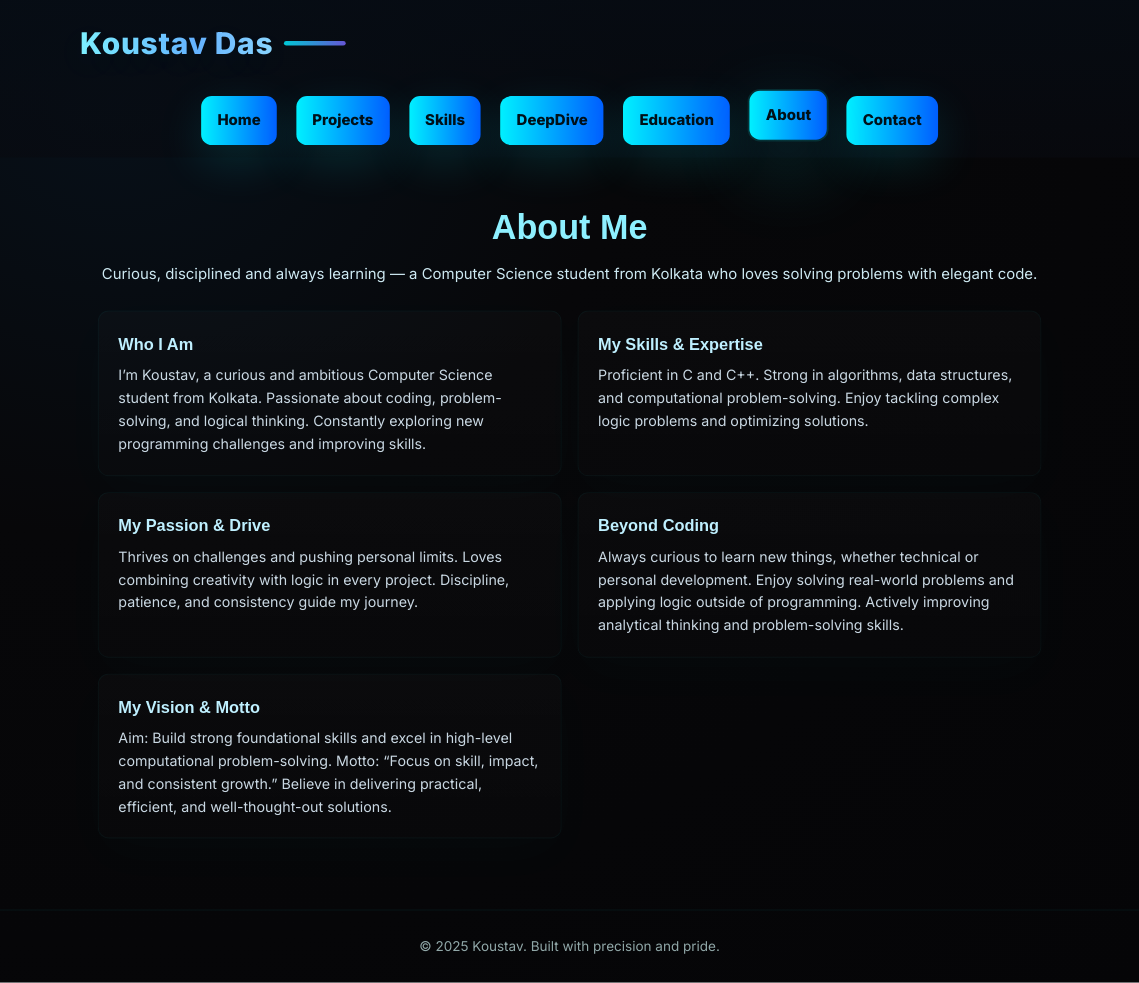
Repository: Koustav669/PORTFOLIO
Page: about.html
An editor plug-in stored every save of this project. The page is shown before and after the next save, followed by the edit.
The browser window is 1280 px wide. The pictures show the whole page, at 89% of full size.
Some web fonts or font styles are not loaded; a fallback is used.

Above is the page before, as saved 2025-10-15 00:08:53.

### about.html
<!doctype html>
<html lang="en">
<head>
  <meta charset="utf-8">
  <meta name="viewport" content="width=device-width,initial-scale=1">
  <title>About — Dev (Kolkata)</title>
  <link href="https://fonts.googleapis.com/css2?family=Inter:wght@300;400;600;800&family=Orbitron:wght@400;700&family=Poppins:wght@400;600;700&family=Rajdhani:wght@400;600;700&display=swap" rel="stylesheet">
  <link rel="stylesheet" href="style.css">
</head>
<body>
    <header class="site-header">
    <div class="header-inner header-brand">
      <div class="brand-left">
        <span class="brand-name">Koustav Das</span>
        <span class="brand-accent" aria-hidden="true"></span>
      </div>
    </div>
    <!-- site menu (reused from portfolio) -->
    <nav class="hero-nav" aria-label="Main navigation">
      <ul>
        <li><a href="portfolio.html">Home</a></li>
        <li><a href="PROJECTS.html">Projects</a></li>
        <li><a href="SKILLS.html">Skills</a></li>
        <li><a href="DEEPDIVES.html">DeepDive</a></li>
        <li><a href="EDUCATION.html">Education</a></li>
        <li><a href="ABOUT.html">About</a></li>
        <li><a href="CONTACT.html">Contact</a></li>
      </ul>
    </nav>
  </header>

  <main class="about-page">
    <section class="about-hero">
      <h1 class="about-title">About Me</h1>
      <p class="about-lead">Curious, disciplined and always learning — a Computer Science student from Kolkata who loves solving problems with elegant code.</p>
    </section>

    <section class="about-grid">
      <article class="about-card" data-index="1">
        <h2>Who I Am</h2>
        <p>I’m Koustav, a curious and ambitious Computer Science student from Kolkata. Passionate about coding, problem-solving, and logical thinking. Constantly exploring new programming challenges and improving skills.</p>
      </article>

      <article class="about-card" data-index="2">
        <h2>My Skills &amp; Expertise</h2>
        <p>Proficient in C and C++. Strong in algorithms, data structures, and computational problem-solving. Enjoy tackling complex logic problems and optimizing solutions.</p>
      </article>

      <article class="about-card" data-index="3">
        <h2>My Passion &amp; Drive</h2>
        <p>Thrives on challenges and pushing personal limits. Loves combining creativity with logic in every project. Discipline, patience, and consistency guide my journey.</p>
      </article>

      <article class="about-card" data-index="4">
        <h2>Beyond Coding</h2>
        <p>Always curious to learn new things, whether technical or personal development. Enjoy solving real-world problems and applying logic outside of programming. Actively improving analytical thinking and problem-solving skills.</p>
      </article>

      <article class="about-card" data-index="5">
        <h2>My Vision &amp; Motto</h2>
        <p>Aim: Build strong foundational skills and excel in high-level computational problem-solving. Motto: “Focus on skill, impact, and consistent growth.” Believe in delivering practical, efficient, and well-thought-out solutions.</p>
      </article>
    </section>

  </main>

  <footer>
    <p>© 2025 Koustav. Built with precision and pride.</p>
  </footer>

  <script>
  // small reveal animation for cards when visible
  (function(){
    const cards = document.querySelectorAll('.about-card');
    const io = new IntersectionObserver((entries)=>{
      entries.forEach(e=>{
        if (e.isIntersecting) { e.target.classList.add('in'); }
      });
    }, { threshold: 0.18 });
    cards.forEach(c=>io.observe(c));
  })();
  </script>
  <script src="nav-active.js"></script>
</body>
</html>

### style.css
/* Reset and base styles */
* { margin: 0; padding: 0; box-sizing: border-box; }

body {
  font-family: 'Inter', 'Segoe UI', system-ui, Arial, sans-serif;
  background: radial-gradient(ellipse at 10% 10%, #071019 0%, #070709 35%, #050507 100%);
  color: #dfeffb;
  line-height: 1.6;
  -webkit-font-smoothing: antialiased;
}

/* Header */
.site-header {
  background: linear-gradient(180deg, rgba(6,12,20,0.8), rgba(8,10,16,0.65));
  min-height: 130px;
  display: flex;
  flex-direction: column; /* stack header content and nav */
  align-items: center;
  gap: 10px;
  padding: 22px 24px 14px 24px; /* extra bottom padding to avoid overlap */
  /* removed bottom border to blend with manifesto */
}
.header-inner { width: 100%; max-width: 1100px; margin: 0 auto; display: flex; align-items: center; justify-content: space-between; }
.brand-logo { height: 64px; width: auto; filter: drop-shadow(0 6px 14px rgba(0,255,255,0.08)); }

/* Header brand text */
.header-brand { display: flex; align-items: center; justify-content: space-between; width: 100%; }
.brand-left, .brand-right { display: flex; align-items: center; gap: 12px; }
.brand-name {
  font-family: 'Orbitron', 'Inter', sans-serif;
  font-weight: 900;
  font-size: 2.1rem; /* increased size */
  color: #dffcff;
  background: linear-gradient(90deg, #7ef0ff, #66b3ff 60%, #8bd6ff);
  -webkit-background-clip: text;
  background-clip: text;
  color: transparent;
  text-shadow: 0 10px 40px rgba(30,200,255,0.08);
  letter-spacing: 0.8px;
}
.brand-accent { width: 64px; height: 5px; background: linear-gradient(90deg,#00f0ff,#7a66ff); border-radius: 6px; box-shadow: 0 14px 40px rgba(0,160,255,0.08); transform-origin: left center; animation: accentPulse 3s infinite; }
.role-viewport { display: none; }

#role-text { display: inline-block; font-family: 'Poppins', sans-serif; font-weight: 800; font-size: 1.6rem; color: #9be7ff; letter-spacing: 0.6px; vertical-align: middle; min-width: 110px; text-align: right; }
#role-cursor { display: inline-block; margin-left: 10px; color: #9be7ff; font-weight: 900; font-size: 1.6rem; opacity: 0.95; text-shadow: 0 8px 28px rgba(0,180,255,0.14); animation: blink 1s steps(2,end) infinite; }

@keyframes accentPulse {
  0%,100% { transform: scaleX(1); opacity: 0.92; }
  50% { transform: scaleX(1.2); opacity: 0.7; }
}

/* Animated role viewport */
.role-viewport { display: inline-block; position: relative; width: 96px; height: 28px; overflow: hidden; vertical-align: middle; }
.role { position: absolute; left: 0; top: 0; width: 100%; text-align: right; font-family: 'Poppins', sans-serif; font-weight: 700; font-size: 1.05rem; }
.role-1 { color: #9be7ff; transform: translateY(0); opacity: 1; animation: roleCycle 4s linear infinite 0s; }
.role-2 { color: #ffd1ff; transform: translateY(100%); opacity: 0; animation: roleCycle 4s linear infinite 0s; }
.role-cursor { display: inline-block; margin-left: 8px; color: #9be7ff; font-weight: 900; opacity: 0.95; animation: blink 1s steps(2,end) infinite; }

@keyframes roleFade {
  0% { opacity: 0; transform: translateY(6px); }
  10% { opacity: 1; transform: translateY(0); }
  45% { opacity: 1; transform: translateY(0); }
  55% { opacity: 0; transform: translateY(-6px); }
  100% { opacity: 0; transform: translateY(-6px); }
}

@keyframes blink {
  0% { opacity: 1; }
  50% { opacity: 0; }
  100% { opacity: 1; }
}

@keyframes cursorPulse {
  0% { transform: scaleY(1); opacity: 1; }
  50% { transform: scaleY(1.2); opacity: 0.8; }
  100% { transform: scaleY(1); opacity: 1; }
}

/* Visible static role (non-animated) */
.static-role {
  font-family: 'Rajdhani', 'Poppins', sans-serif;
  font-weight: 700;
  font-size: 1.45rem; /* increased size */
  color: rgba(190,233,255,0.95);
  -webkit-background-clip: text;
  background-clip: text;
  text-shadow: 0 6px 18px rgba(30,200,255,0.06);
  margin-right: 8px;
}

/* screen-reader only fallback */
.sr-only { position: absolute !important; height: 1px; width: 1px; overflow: hidden; clip: rect(1px, 1px, 1px, 1px); white-space: nowrap; }

/* Hide previous top nav */
.main-nav { display: none; }

/* Hero */
.hero { padding: 60px 0 44px 0; position: relative; }
.hero-inner { max-width: 900px; margin: 0 auto; text-align: center; position: relative; z-index: 2; }
.hero-title { font-family: 'Orbitron', sans-serif; color: #8ef0ff; font-size: 2.6rem; text-shadow: 0 6px 28px rgba(14,255,255,0.06); margin-bottom: 12px; }
.hero-sub { font-family: 'Poppins', 'Inter', sans-serif; color: #d9f6ff; opacity: 0.9; font-size: 1.05rem; margin-bottom: 20px; font-weight: 600; }
.hero-cta { display: flex; gap: 14px; justify-content: center; }
.btn { display: inline-block; padding: 12px 18px; border-radius: 12px; text-decoration: none; font-weight: 700; }
.btn.primary { background: linear-gradient(90deg,#00f0ff,#005eff); color: #001018; box-shadow: 0 12px 40px rgba(0,240,255,0.12); }
.btn.ghost { border: 1px solid rgba(255,255,255,0.06); color: #dffcff; background: transparent; }
.btn:hover { transform: translateY(-3px); }

/* Make GitHub + Resume outlined cyan style */
.btn.resume { background: transparent; color: #00f0ff; border: 1px solid rgba(0,240,255,0.45); box-shadow: 0 8px 28px rgba(0,240,255,0.06); transition: box-shadow 220ms ease, transform 160ms ease; }
.btn.resume:hover { transform: translateY(-3px); box-shadow: 0 18px 56px rgba(0,240,255,0.14); }

/* Hero-nav */
.hero-nav { margin-top: 22px; }
.hero-nav ul { display: flex; gap: 22px; list-style: none; padding: 0; justify-content: space-between; width: 100%; max-width: 980px; margin: 0 auto; }
.hero-nav ul li { flex: 1 1 auto; }
.hero-nav ul li a { font-family: 'Orbitron', 'Inter', sans-serif; font-weight: 800; color: #001018; background: linear-gradient(90deg,#00f0ff,#005eff); padding: 14px 18px; border-radius: 12px; box-shadow: 0 18px 54px rgba(0,240,255,0.14); display: inline-flex; justify-content: center; align-items: center; text-decoration: none; font-size: 1.05rem; }
.hero-nav ul li a:hover { transform: translateY(-3px); box-shadow: 0 26px 80px rgba(0,240,255,0.22); }
.hero-nav ul li a.active { outline: 2px solid rgba(0,255,255,0.12); box-shadow: 0 28px 90px rgba(0,240,255,0.22); transform: translateY(-6px); }

/* Subtle hero lighting */
.hero:before,
.hero:after {
  content: '';
  position: absolute;
  left: 50%;
  top: 18%;
  transform: translateX(-50%);
  width: 86%;
  height: 86%;
  pointer-events: none;
  z-index: -1;
  filter: blur(28px);
}
.hero:before { background: radial-gradient(circle at 28% 26%, rgba(38,174,255,0.22), rgba(22,120,200,0.12) 40%, transparent 56%); }
.hero:after { top: 60%; width: 72%; height: 46%; background: radial-gradient(circle at 72% 22%, rgba(100,180,255,0.16), rgba(20,60,160,0.08) 45%, transparent 70%); }

/* Slider */
.preview { padding: 60px 24px; background: linear-gradient(180deg, rgba(255,255,255,0.02), transparent); }
.slider { position: relative; width: 100%; max-width: 820px; margin: 18px auto; overflow: hidden; border-radius: 18px; box-shadow: 0 18px 60px rgba(3,252,255,0.03); }
.slides { display: flex; transition: transform 0.5s ease-in-out; }
.slides img { width: 100%; flex-shrink: 0; object-fit: contain; height: 420px; background-color: #03060a; }
.prev, .next { position: absolute; top: 50%; transform: translateY(-50%); background: linear-gradient(180deg, rgba(0,0,0,0.45), rgba(0,0,0,0.25)); color: #dffcff; border: none; font-size: 1.6rem; padding: 10px 12px; cursor: pointer; border-radius: 8px; }
.prev { left: 12px; }
.next { right: 12px; }

.preview h3 { font-size: 1.8rem; color: #00ffff; margin-bottom: 20px; }

canvas { display: block; margin: 0 auto 20px; border: 2px solid #00ffff; background-color: #1a1a1a; }

/* Footer */
footer { text-align: center; padding: 28px 20px; color: rgba(220,255,255,0.65); font-size: 0.95rem; border-top: 1px solid rgba(0,255,255,0.06); }

/* Responsive tweaks */
@media (max-width: 820px) {
  .hero-title { font-size: 2rem; }
  .slides img { height: 260px; }
  .brand-logo { height: 48px; }
  .site-header { min-height: 160px; }
}

@media (max-width: 480px) {
  .main-nav ul { gap: 8px; flex-wrap: wrap; }
  .hero-inner { padding: 0 12px; }
}

/* About page styles */
.about-page { padding: 48px 20px 80px; max-width: 1100px; margin: 0 auto; }
.about-hero { text-align: center; margin-bottom: 28px; }
.about-title { font-family: 'Orbitron', sans-serif; font-size: 2.4rem; color: #8ef0ff; margin-bottom: 8px; }
.about-lead { color: #d9f6ff; opacity: 0.95; font-size: 1.05rem; margin-bottom: 20px; }
.about-grid { display: grid; grid-template-columns: repeat(2,1fr); gap: 18px; }
.about-card { background: linear-gradient(180deg, rgba(255,255,255,0.02), rgba(255,255,255,0.01)); padding: 22px; border-radius: 12px; border: 1px solid rgba(0,255,255,0.04); transform: translateY(18px); opacity: 0; transition: all 520ms cubic-bezier(.2,.9,.33,1); }
.about-card.in { transform: translateY(0); opacity: 1; box-shadow: 0 18px 60px rgba(3,252,255,0.02); }
.about-card h2 { font-family: 'Rajdhani', sans-serif; font-size: 1.15rem; color: #bff0ff; margin-bottom: 8px; }
.about-card p { color: #dfeffb; opacity: 0.9; line-height: 1.6; }

@media (max-width: 820px) {
  .about-grid { grid-template-columns: 1fr; }
  .about-title { font-size: 2rem; }
}

### nav-active.js
// nav-active.js - marks the nav item matching current path as active
(function(){
  const links = document.querySelectorAll('.hero-nav a');
  if (!links.length) return;
  const current = window.location.pathname.split('/').pop().toLowerCase() || 'portfolio.html';
  links.forEach(a=>{
    const href = (a.getAttribute('href')||'').toLowerCase();
    if (href.includes(current) || (current === '' && href.includes('portfolio.html'))) {
      a.classList.add('active');
    }
  });
})();

After the next save:
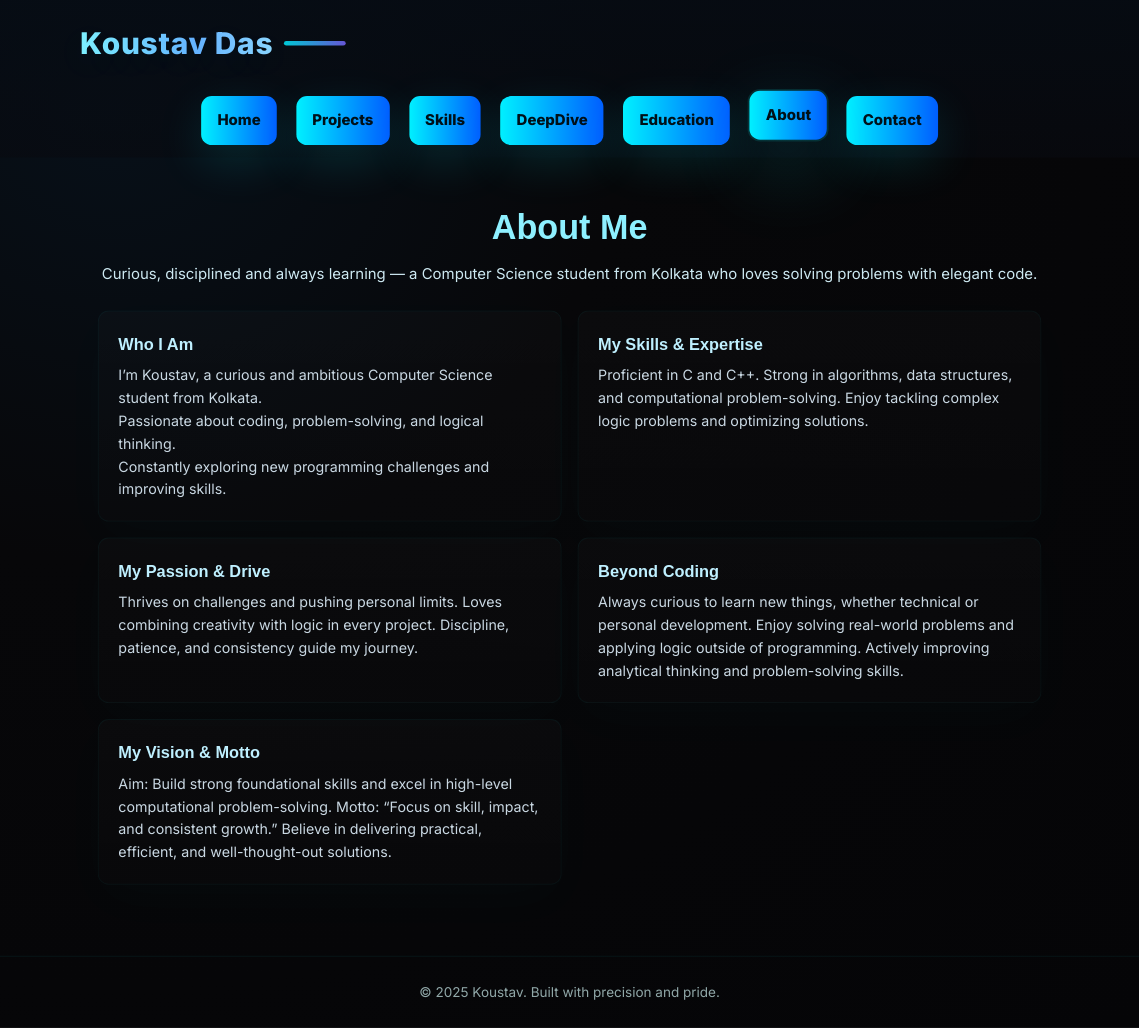
Saved 2 min 27 s later.
--- a/about.html
+++ b/about.html
@@ -38,7 +38,7 @@
     <section class="about-grid">
       <article class="about-card" data-index="1">
         <h2>Who I Am</h2>
-        <p>I’m Koustav, a curious and ambitious Computer Science student from Kolkata. Passionate about coding, problem-solving, and logical thinking. Constantly exploring new programming challenges and improving skills.</p>
+        <p>I’m Koustav, a curious and ambitious Computer Science student from Kolkata.<br>Passionate about coding, problem-solving, and logical thinking.<br>Constantly exploring new programming challenges and improving skills.</p>
       </article>
 
       <article class="about-card" data-index="2">
